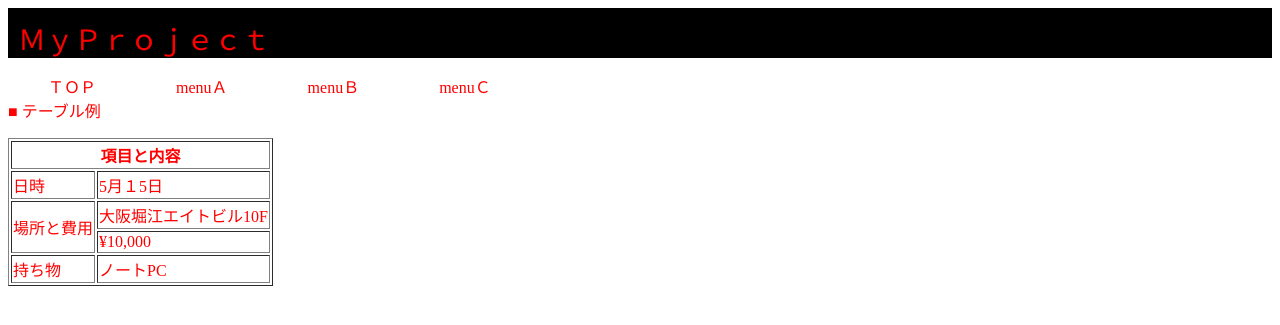
Repository: user10112018/test
Page: http://localhost/MyProject/
An editor plug-in stored every save of this project. The page is shown before and after the next save, followed by the edit.
The browser window is 1280 px wide. The pictures show the whole page.
The page is served by Tomcat 9.

Above is the page before, as saved 2018-11-14 02:15:19.

After the next save:
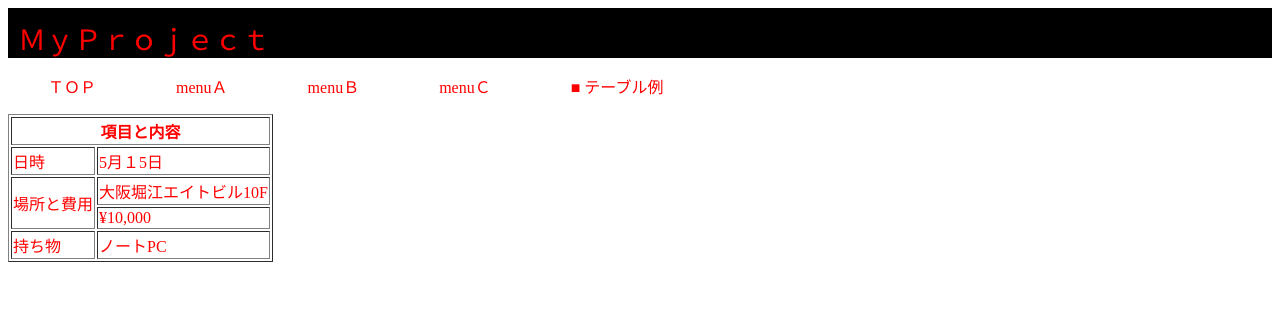
Saved 102 s later.
--- a/MyProject/WebContent/css/style01.css
+++ b/MyProject/WebContent/css/style01.css
@@ -45,7 +45,7 @@ header{
     height: 24px;
 }
 
-#main{
+main{
 	clear: both;
 	width: 100%;
 	top: 500px;

After the save that followed:
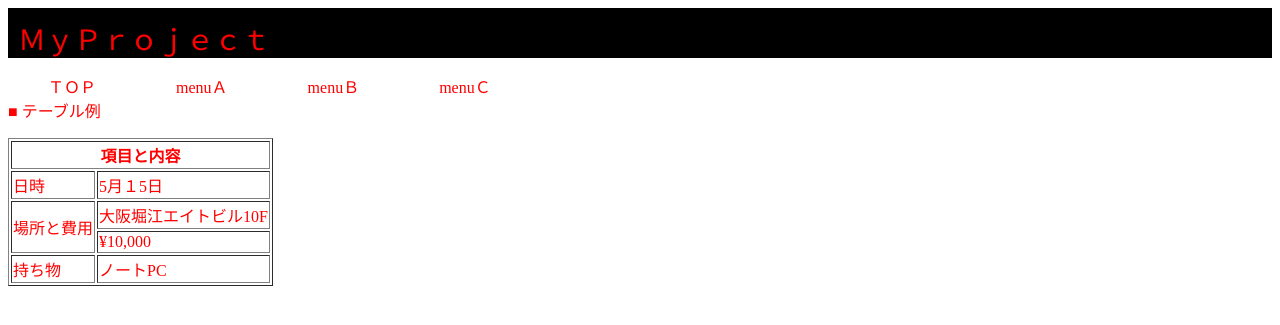
Saved 13 s later.
--- a/MyProject/WebContent/index.jsp
+++ b/MyProject/WebContent/index.jsp
@@ -39,7 +39,7 @@
 
 <!-- ==== main ===== -->
 
-<div id="main">
+<main>
 
 <p>■ テーブル例</p>
 <table border="1">
@@ -53,7 +53,7 @@
 
 
 
-</div>
+</main>
 <!-- ==== footer ===== -->
 
 <footer>
